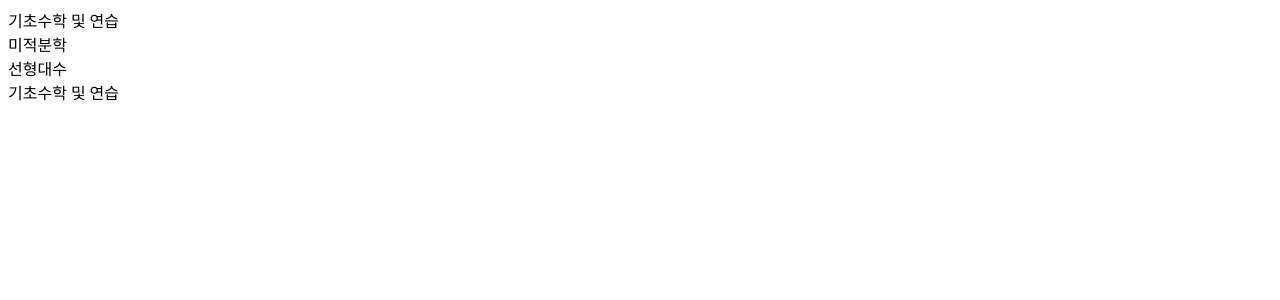
Repository: smandkd/Multicampus_Frontend
Page: http://localhost/Mulcam_Project/jsp/board.jsp
An editor plug-in stored every save of this project. The page is shown before and after the next save, followed by the edit.
The browser window is 1280 px wide. The pictures show the whole page.
The page is served by Tomcat 9.

Above is the page before, as saved 2022-02-03 00:22:04.

After the next save:
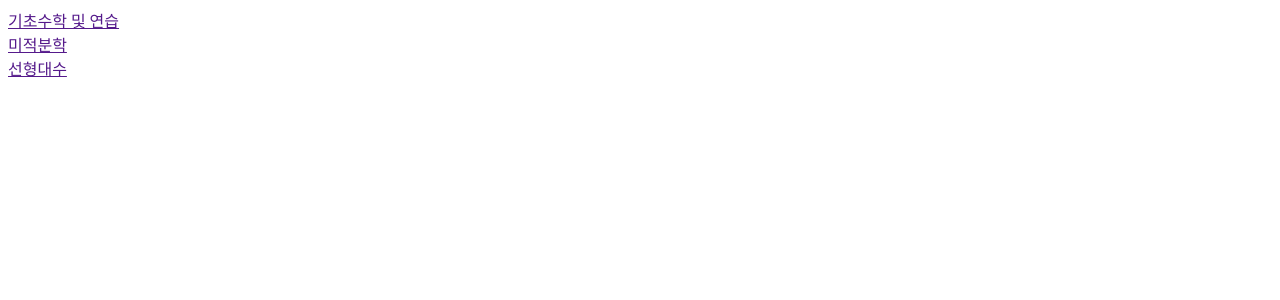
Saved 2 min 41 s later.
--- a/Mulcam_Project/jsp/board.jsp
+++ b/Mulcam_Project/jsp/board.jsp
@@ -7,10 +7,15 @@
 </head>
 <body>
 <div>
-	<div>기초수학 및 연습</div>
-	<div>미적분학</div>
-	<div>선형대수</div>
-	<div>기초수학 및 연습</div>
+	<div>
+	<a href="">기초수학 및 연습</a>
+	</div>
+	<div>
+	<a href="">미적분학</a>
+	</div>
+	<div>
+	<a href="">선형대수</a>
+	</div>
 </div>
 </body>
 </html>
